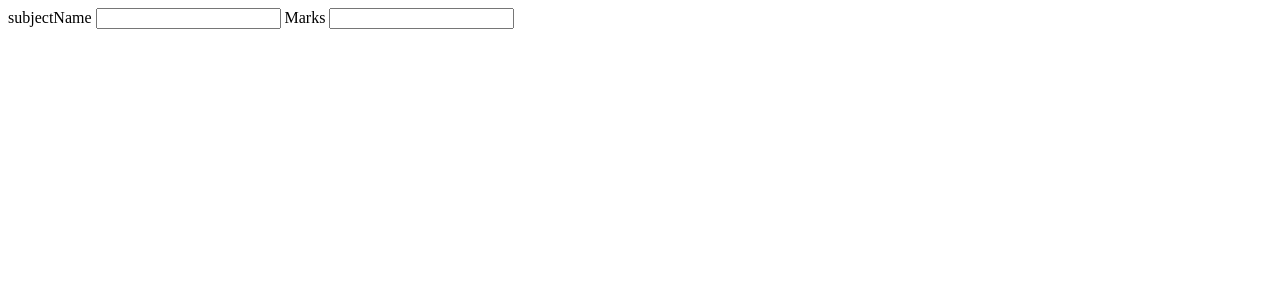
Repository: ghanshyam-jaiswal/Java-Notes
Page: http://localhost/Student_app/subjectAdd.jsp
An editor plug-in stored every save of this project. The page is shown before and after the next save, followed by the edit.
The browser window is 1280 px wide. The pictures show the whole page.
The page is served by Tomcat 9. Nobody is signed in. The application's start-up code is not run. Other server files are loaded and not shown.

Above is the page before, as saved 2024-04-22 02:51:43.

### JEE/Spring_MVC/Student_app/src/main/webapp/subjectAdd.jsp
<%@ page language="java" contentType="text/html; charset=UTF-8"
    pageEncoding="UTF-8"%>
<!DOCTYPE html>
<html>
<head>
<meta charset="UTF-8">
<title>Insert title here</title>
</head>
<body>

	<form action="addsubject" method="post">
		subjectName <input name=subjectName>
		Marks <input name=marks>
	</form>
</body>
</html>

After the next save:
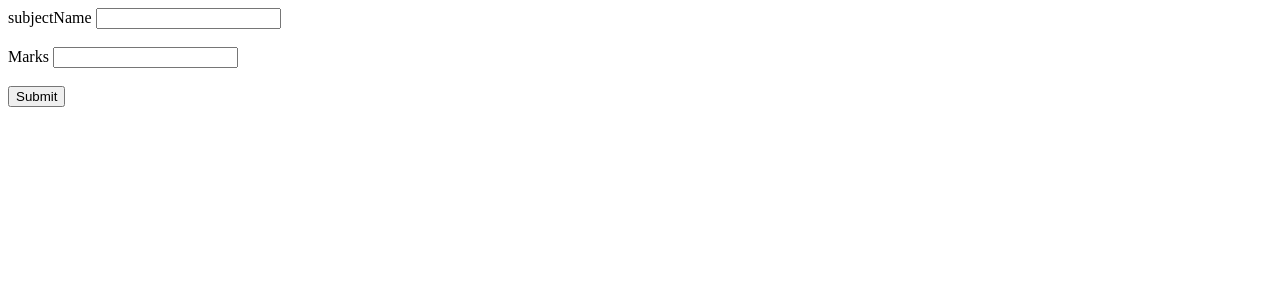
Saved 66 s later.
--- a/JEE/Spring_MVC/Student_app/src/main/webapp/subjectAdd.jsp
+++ b/JEE/Spring_MVC/Student_app/src/main/webapp/subjectAdd.jsp
@@ -9,8 +9,9 @@
 <body>
 
 	<form action="addsubject" method="post">
-		subjectName <input name=subjectName>
-		Marks <input name=marks>
+		subjectName <input name=subjectName> <br><br>
+		Marks <input name=marks> <br><br>
+		<input type="submit" value="Submit">
 	</form>
 </body>
 </html>
